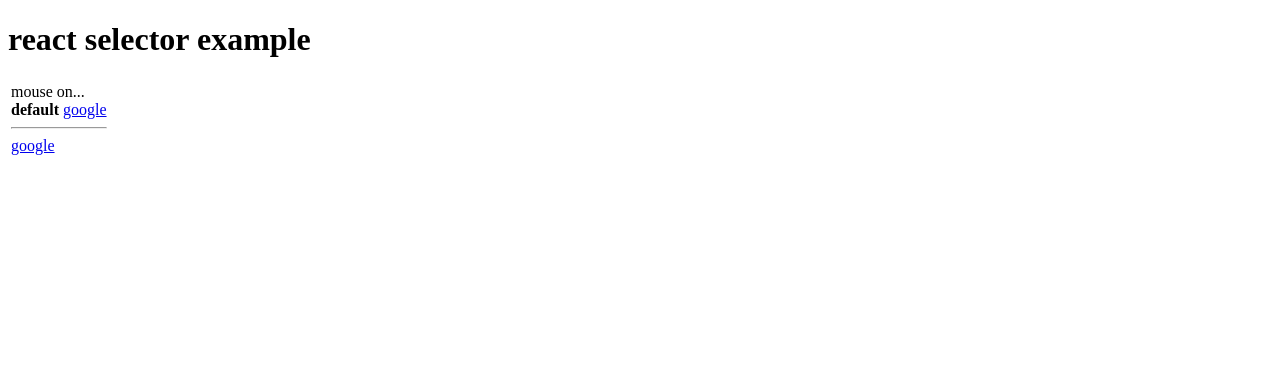
Repository: LucestDail/WebEclipse-Workspace
Page: htmlProject/WebContent/cssEx7.html
The author's editor kept a copy of each file at every save. The page is drawn from the files as they stood at one save, then again after the next save.
The browser window is 1280 px wide. The pictures show the whole page.

Above is the page before, as saved 2020-11-06 06:54:22.

### htmlProject/WebContent/cssEx7.html
<!DOCTYPE html>
<html>
<head>
<meta charset="UTF-8">
<title>Insert title here</title>
<style type = "text/css">
h1.a1{
	color:red;
}
h1.b1{
	background: black;
}
</style>
</head>
<body>
<h1> react selector example</h1>
<table>
	<tr><td>mouse on...<br><b>default</b>
	<a href = "http://www.google.com" class = "default">google</a><hr>
	<a href = "http://www.google.com" class = "color">google</a>
	</td></tr>
</table>
<h1 class = "a1 b1"></h1>
<h1 class = "a1"></h1>
<h1 class = "b1"></h1>
</body>
</html>

After the next save:
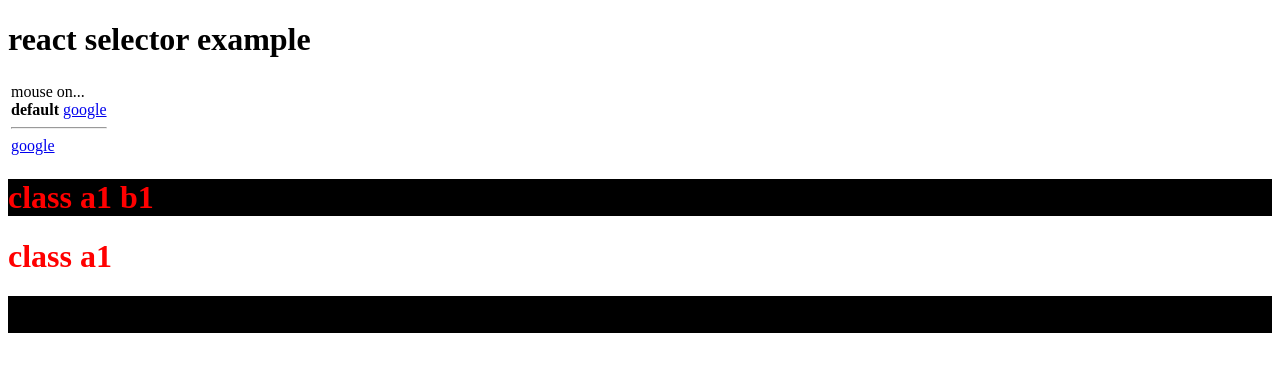
Saved 31 s later.
--- a/htmlProject/WebContent/cssEx7.html
+++ b/htmlProject/WebContent/cssEx7.html
@@ -20,8 +20,8 @@ h1.b1{
 	<a href = "http://www.google.com" class = "color">google</a>
 	</td></tr>
 </table>
-<h1 class = "a1 b1"></h1>
-<h1 class = "a1"></h1>
-<h1 class = "b1"></h1>
+<h1 class = "a1 b1">class a1 b1</h1>
+<h1 class = "a1">class a1</h1>
+<h1 class = "b1">class b1</h1>
 </body>
 </html>
